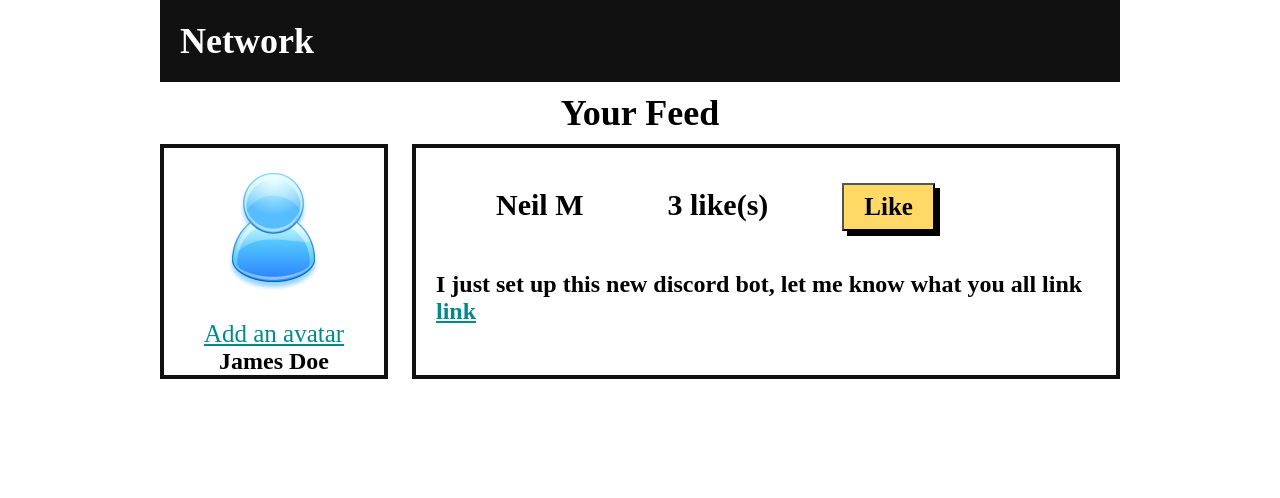
Repository: Blender20/liking_likes
Page: index.html
The author's editor kept a copy of each file at every save. The page is drawn from the files as they stood at one save, then again after a run of saves.
The browser window is 1280 px wide. The pictures show the whole page.
Some web fonts or font styles are not loaded; a fallback is used.

Above is the page before, as saved 2022-03-30 11:06:55.

After the next 4 saves:
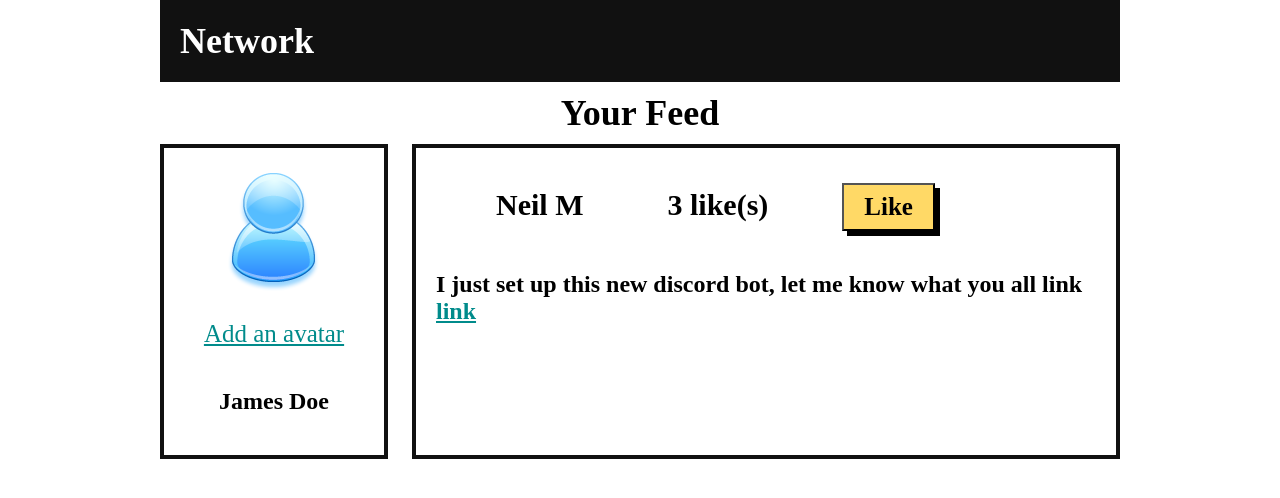
The 4 saves are shown as one change because they came seconds apart.
The last was saved 13 s later.
--- a/style.css
+++ b/style.css
@@ -101,5 +101,5 @@
 }
 .userInput {
   text-align: center;
-  padding-top
+  padding: 40px
 }

After the save that followed:
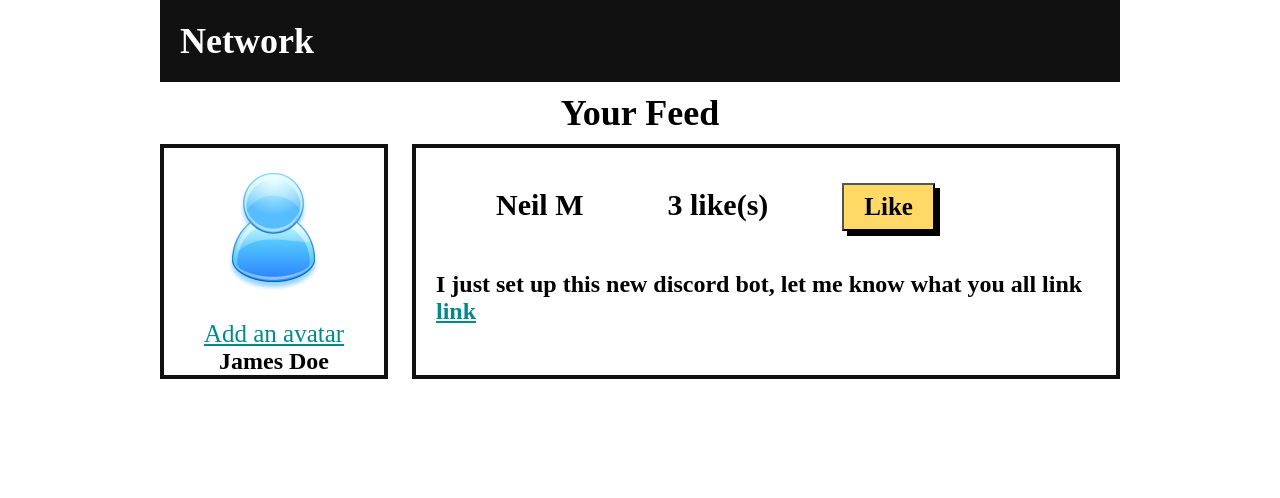
Saved 5 s later.
--- a/style.css
+++ b/style.css
@@ -101,5 +101,5 @@
 }
 .userInput {
   text-align: center;
-  padding: 40px
+  padding: 40px auto;
 }
